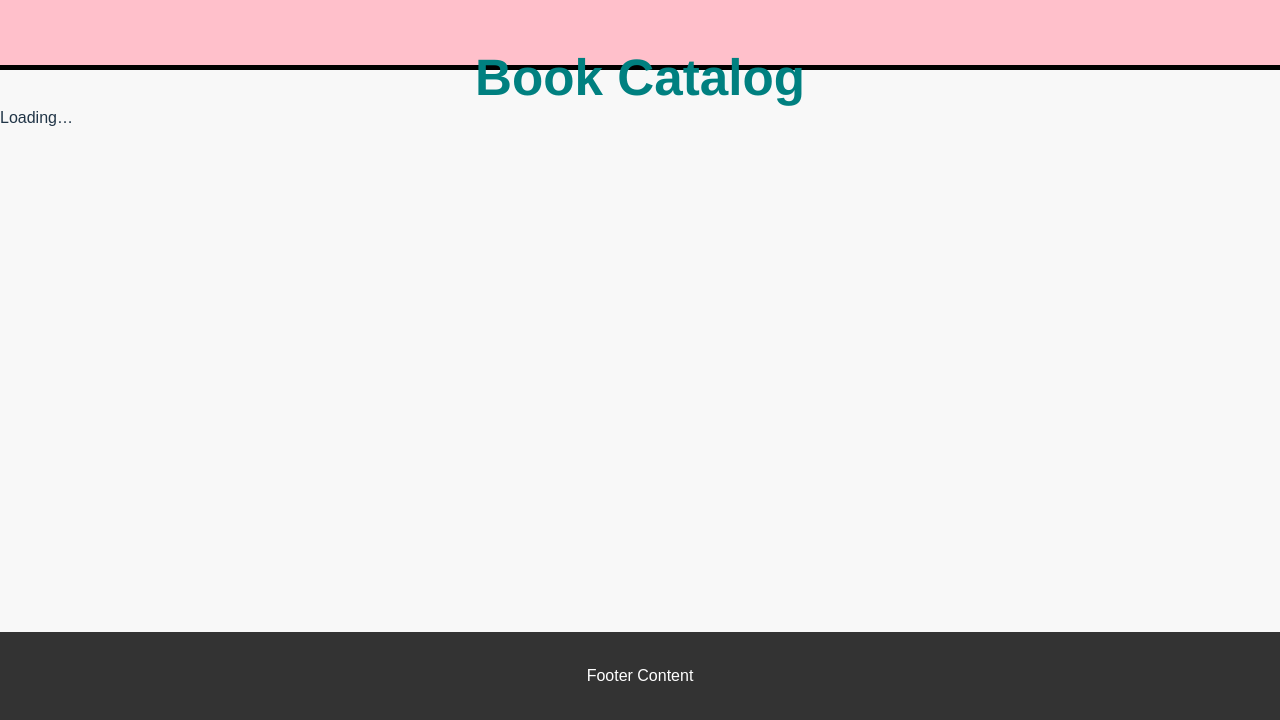
Repository: primcharlin/COMP3170_Lab_Assignment_Components
Page: /
An editor plug-in stored every save of this project. The page is shown before and after the next save, followed by the edit.
The browser window is 1280 px wide. The pictures show the whole page.
The page's requests for data from a server got no answer. The project was rebuilt for these pictures with package versions that can differ from the ones it lists, and the page was loaded fresh each time. No one was signed in, and anything a server would have sent is missing. Also part of the build but not shown: vite.config.js.

Above is the page before, as saved 2025-09-12 03:09:56.

After the next save:
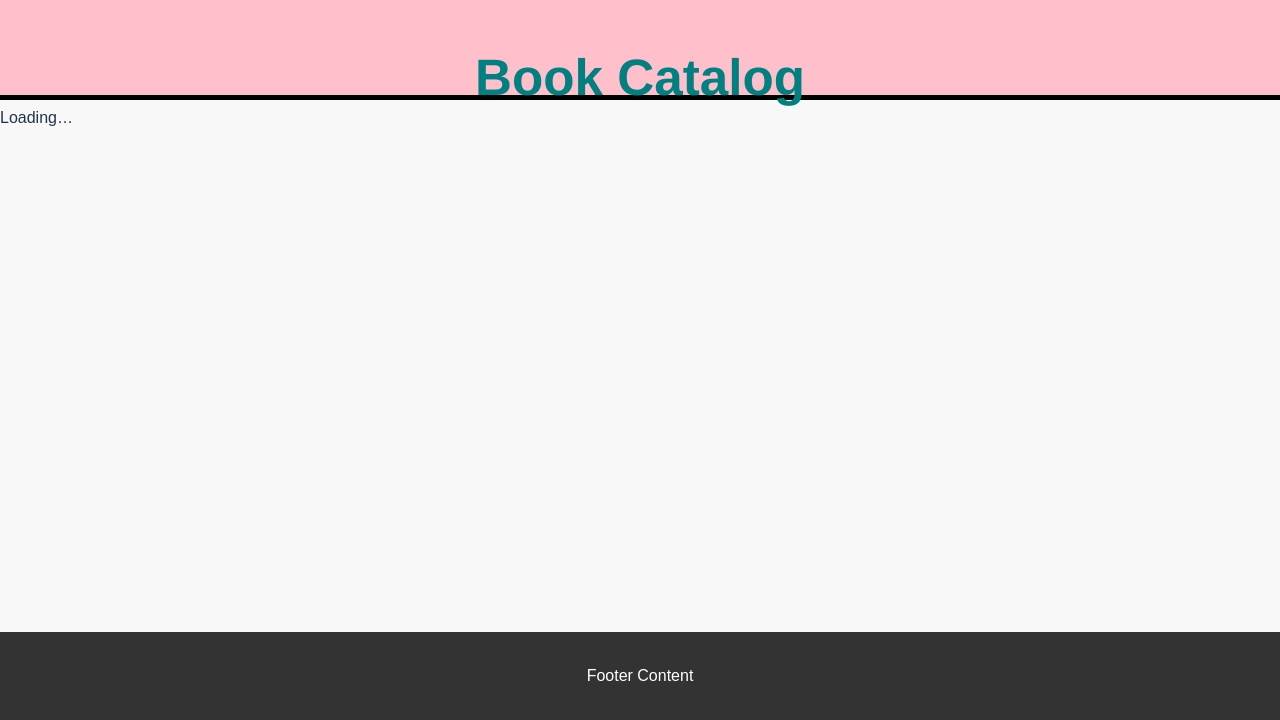
Saved 12 s later.
--- a/src/App.css
+++ b/src/App.css
@@ -58,7 +58,7 @@ img {
     top: 0;
     left: 0;
     width: 100vw;
-    height: 70px;
+    height: 100px;
     z-index: 1000;
     padding: 1em;
     color: teal;
